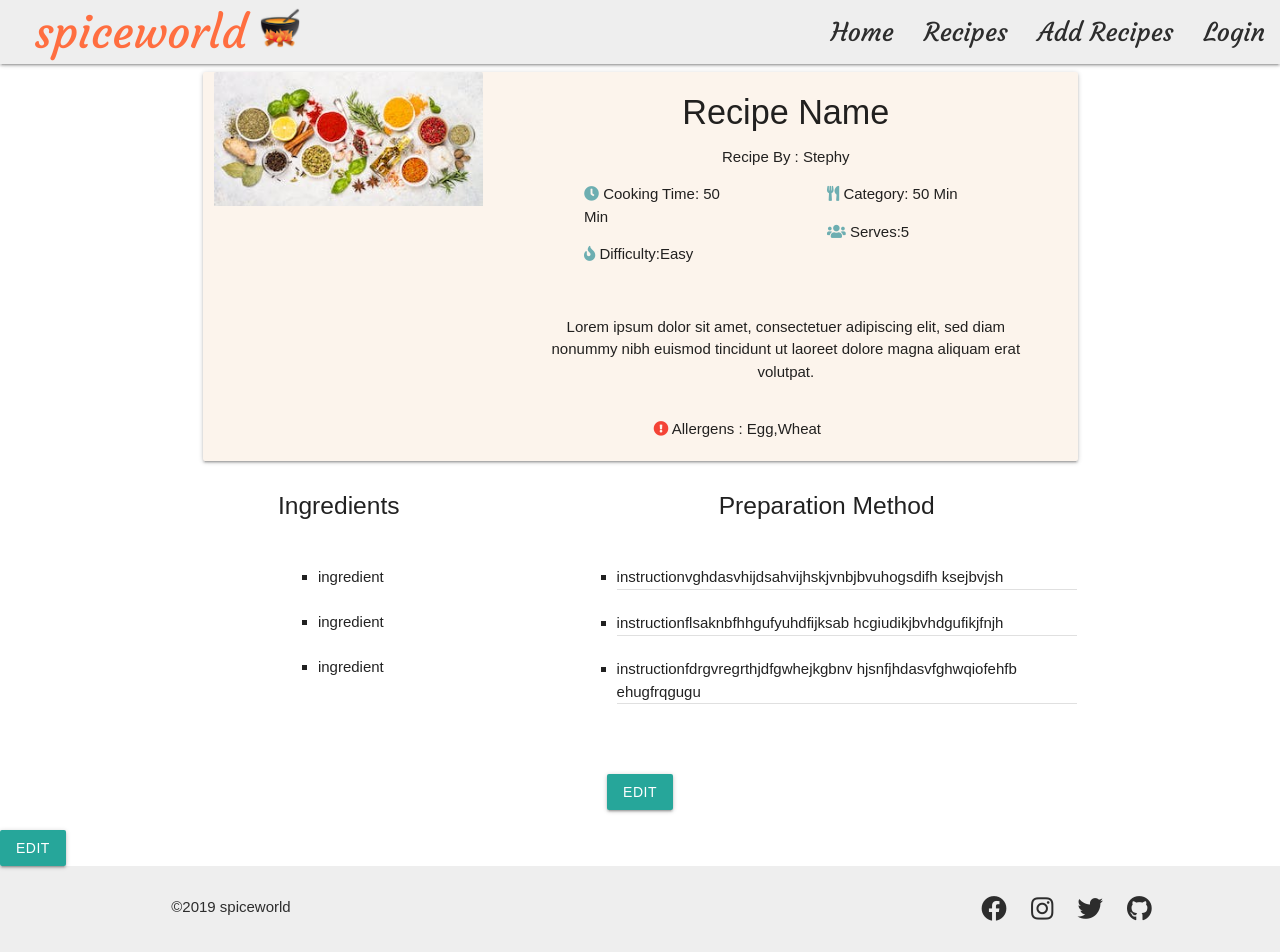
Repository: stephyraju/spiceworld
Page: templates/view.html
The author's editor kept a record of every edit. The page is drawn from the files as they stood at one moment, then again after the next edit.
The browser window is 1280 px wide. The pictures show the whole page.
Some web libraries are served in a nearby version. The page is served by the project's application, run on Flask 3 (app.py). The template is opened directly, without the code that normally fills it, so the values that code supplies are empty.

Above is the page before.

### templates/view.html
{% extends 'base.html' %} {% block content %}

<section class="section-container">
    <div class="container recipe-view">
        <div class="row card recipe-card">
            <div class="col s12 l4 center-align card-image">
                <img height="400" width="375" src="{{ url_for('static', filename='images/sidenav.png') }}" alt="recipe image" class="responsive-img materialboxed">
            </div>
            <div class="col s12 l8 center-align">
                <div class="recipe-header">
                    <h4>Recipe Name </h4>
                </div>
                <div class="author">
                    Recipe By : Stephy
                </div>
                <div class="row ">
                    <div class="col s5 offset-s1 left-align">
                        <div>
                            <p> <i class="fas fa-clock" style="color:rgb(109, 174, 177);"></i> Cooking Time: 50 Min
                            </p>
                        </div>

                        <div>
                            <p> <i class="fas fa-fire" style="color:rgb(109, 174, 177);"></i> Difficulty:Easy
                            </p>
                        </div>
                    </div>
                    <div class="col s5 left-align">
                        <div>
                            <p> <i class="fas fa-utensils" style="color:rgb(109, 174, 177);"></i> Category: 50 Min
                            </p>
                        </div>
                        <div>
                            <p> <i class="fas fa-users" style="color:rgb(109, 174, 177);"></i> Serves:5
                            </p>
                        </div>
                    </div>
                </div>
                <div class="row">
                    <div class="col s12 recipe-description">
                        <p>Lorem ipsum dolor sit amet, consectetuer adipiscing elit, sed diam nonummy nibh euismod tincidunt ut laoreet dolore magna aliquam erat volutpat.
                    </div>
                </div>
                <div class="row">
                    <div class="col s10 ">
                        <i class="fas fa-exclamation-circle red-text"></i> Allergens : Egg,Wheat
                    </div>
                </div>
</section>
<section id="Ingredients-Preparation">
    <div class="container">
        <div class="row ">
            <!-- ingredient -->
            <div class="col s12 m4 offset-s1 offset-m1 ingredients">
                <div class="row">
                    <div class="col s12 ingredients">
                        <h5>Ingredients</h5>
                        <br>
                        <ol>
                            <li>
                                ingredient
                            </li>
                            <br>
                            <li>
                                ingredient
                            </li>
                            </br>
                            <li>
                                ingredient
                            </li>
                        </ol>
                    </div>
                </div>
            </div>
            <!-- Preparation -->
            <div class="col s12  m7 preparation">
                <div class="row">
                    <div class="col s12">
                        <h5 class="center">Preparation Method</h5>
                        <br>
                        <ol>
                            <li>
                                instructionvghdasvhijdsahvijhskjvnbjbvuhogsdifh ksejbvjsh
                            </li>
                            <div class="divider"></div>
                            <br>
                            <li class="collection-item">
                                instructionflsaknbfhhgufyuhdfijksab hcgiudikjbvhdgufikjfnjh
                            </li>
                            <div class="divider"></div>
                            <br>
                            <li class="collection-item">
                                instructionfdrgvregrthjdfgwhejkgbnv hjsnfjhdasvfghwqiofehfb ehugfrqgugu
                            </li>
                            <div class="divider"></div>
                        </ol>

                    </div>
                </div>
            </div>
        </div>
    </div>
    </div>
    </div>
</section>
<section>
    <div class="container recipe-view">
        <div class="row card recipe-card">
        </div>
    </div>
</section>
<section>
    <div class="row center">

            <a class="waves-effect waves-light btn">Edit</a>
        </div>
        <div class="col s6">
            <a class="waves-effect waves-light btn">Edit</a>
        </div>

    </div>
</section>
{% endblock %}

### templates/base.html
<!DOCTYPE html>
<html lang="en">

<head>
  <meta charset="UTF-8">
  <meta name="viewport" content="width=device-width, initial-scale=1.0">
  <meta http-equiv="X-UA-Compatible" content="ie=edge">
  <title>spiceworld</title>

  <!--Import Google Icon Font-->
  <link href="https://fonts.googleapis.com/icon?family=Material+Icons" rel="stylesheet">
  <!--Font Awesome-->
  <link rel="stylesheet" href="https://use.fontawesome.com/releases/v5.8.2/css/all.css" integrity="sha384-oS3vJWv+0UjzBfQzYUhtDYW+Pj2yciDJxpsK1OYPAYjqT085Qq/1cq5FLXAZQ7Ay" crossorigin="anonymous">
  <!--Materialize CSS-->
  <link rel="stylesheet" href="https://cdnjs.cloudflare.com/ajax/libs/materialize/1.0.0/css/materialize.min.css">
  <!--CSS-->
  <link rel="stylesheet" href="{{ url_for('static', filename='css/style.css')}}" type="text/css" />

</head>

<body>

  <!--Header-->
  <header class="navbar-fixed">
    <nav>
      <div class="nav-wrapper grey lighten-3">
        <a href="#" class="brand-logo">spiceworld <img class="hide-on-med-and-down" src="{{ url_for('static', filename='images/logo.png') }}"></a>
        <a href="#" data-target="mobile-sidenav" class="sidenav-trigger"><i class="fas fa-bars"></i></a>
        <ul id="nav-mobile" class="right hide-on-med-and-down">
          <li><a href="{{ url_for('index') }}">Home</a></li>
          <li><a href="{{ url_for('get_recipes') }}">Recipes</a></li>
          <li><a href="{{ url_for('add_recipe') }}">Add Recipes</a></li>
          <li><a href="collapsible.html">Login</a></li>

        </ul>
      </div>
    </nav>
  </header>
  <!--Sidenav-->
  <ul class="sidenav" id="mobile-sidenav">
    <img class="responsive-img" src="{{ url_for('static', filename='images/sidenav.png') }}" alt="spices-image">

    <li><a class="active" href="#">Home</a></li>
    <li><a href="#!">Recipes</a></li>

    <li><a href="#">Login</a></li>
    <li><a class="waves-effect" href="#!">Third Link With Waves</a></li>
  </ul>

  <main>
    {% block content %}
    {% endblock %}
  </main>

  <footer class="page-footer grey lighten-3">

     <div class="row footer-content">
        <div class="col s5 m6">
          <div class="copyright">&copy;2019 spiceworld</div>
        </div>
        <div class="col s7 m3">
                    <a href="https://www.facebook.com/" target="_blank"><i class="fab fa-facebook social-icon"></i></a>
                    <a href="https://www.instagram.com/" target="_blank"><i class="fab fa-instagram social-icon"></i></a>
                    <a href="https://www.twitter.com/" target="_blank"><i class="fab fa-twitter social-icon"></i></a>
                    <a href="https://github.com/stephyraju" target="_blank"><i class="fab fa-github social-icon"></i></a>
        </div>

      </div>

  </footer>

  <script src="https://code.jquery.com/jquery-3.4.0.slim.js" integrity="sha256-milezx5lakrZu0OP9b2QWFy1ft/UEUK6NH1Jqz8hUhQ=" crossorigin="anonymous"></script>
  <script src="https://cdnjs.cloudflare.com/ajax/libs/materialize/1.0.0/js/materialize.min.js"></script>
  <script src="{{ url_for('static', filename='js/main.js') }}"></script>
</body>

</html>

### app.py
import os
from flask import Flask, render_template, redirect, request, url_for
from flask_pymongo import PyMongo
from bson.objectid import ObjectId

# declaring app name
app = Flask(__name__)

app.config["MONGO_DBNAME"] = 'cook_book'
app.config["MONGO_URI"] = os.getenv('MONGO_URI', 'mongodb://localhost')

mongo = PyMongo(app)

@app.route('/')
@app.route('/index')
def index():
     return render_template("index.html", recipes=mongo.db.recipes.find())

#@app.route('/get_recipes',methods=['GET'])
#def get_recipes():
 #    return render_template("recipes.html", recipes=mongo.db.recipes.find())

@app.route('/get_recipes', methods=['POST', 'GET'])
def get_recipes():
    recipes = mongo.db.categories.find().sort('name', PyMongo.ASCENDING)
    return render_template('recipes.html',
                           recipes=mongo.db.recipes.find(),
                           categories = mongo.db.categories.find())


@app.route('/add_recipe')
def add_recipe():
     return render_template("addrecipe.html",
               recipes=mongo.db.recipes.find(),
               categories = mongo.db.categories.find(),
               cuisines=mongo.db.cuisines.find(),
               difficulty=mongo.db.difficulty.find(),
               allergens=mongo.db.allergens.find())


@app.route('/insert_recipe', methods=['POST'])
def insert_recipe():
    print(request.form)
    print(request.form.getlist('ingredients[]'))
    print(request.form.to_dict())
    recipes = mongo.db.recipes
    data = request.form.to_dict()
    data.update({'ingredients':request.form.getlist('ingredients[]')})
    del data['ingredients[]']
    recipes.insert_one(data)
    return redirect(url_for('get_recipes'))

@app.route('/view_recipes', methods=['GET'])
def view_recipes():
     return render_template("view.html",
               categories=mongo.db.categories.find())


if __name__ == '__main__':
    app.run(host=os.environ.get('IP'),
            port=int(os.environ.get('PORT')),
            debug=True)

### static/css/style.css
@import url('https://fonts.googleapis.com/css?family=Courgette&display=swap');

body {
  background-color: F0F0F0;
  font-family: 'ProximaNova Regular', sans-serif;
  display: flex;
  flex-direction: column;
  min-height: 100vh;
  overflow-x: hidden;
}
.section-container {
  max-width: 100%;
  margin-left: auto;
  margin-right: auto;
  padding-left: 15px;
  padding-right: 15px;
  border-radius: 5px;
}
/* -------- Nav Bar ----------*/

nav {
     font-family: 'Courgette';
}

nav .brand-logo {
    color: #ff6e40;
    font-size: 3rem;
    font-family: 'Courgette', cursive;
    -webkit-transition: 0.2s;
    -o-transition: 0.2s;
    transition: 0.2s;
}

@media screen and (min-width: 993px){
nav .brand-logo {
    margin-left: 2.3rem;
}
}
nav ul a {
  color:#2d2d2d;
  font-size: 1.7rem;
  font-family: 'Courgette';
}
nav ul a:hover,
nav ul .active {
  color:#76c14f;
}
.fa-bars{
  color: #ff6e40;
}

/*--------Title----------*/

.title-container{
  position: relative;
  text-align: center;
  color: white;
  width:100%;
  margin-top: 20px;
}
.title-container img{
    display: block;
    width: 100%;
    height: 25vh;
    object-fit: cover;
    border-radius: 5px;
}

.intro-content{
  position: absolute;
  top: 50%;
  left: 70%;
  transform: translate(-50%, -50%);
}
/*--------Category---------*/

.catergory-container{
  font-size: 1.2rem;
  color:#2d2d2d;
  margin-top: 20px;
  background-color:#eeeeee;
  height:70px;
  margin-left: 15px;
  margin-right: 15px;
}
.catergory-container .row {
  padding-top: 20px;
}
.catergory-container a {
  color:#2d2d2d;
}
.catergory-container a :hover {
  color:#ff6e40 !important;
}

/*--------Description---------*/
.cells h4 {
  font-family: 'Muli','sans-serif';
}
.cells h5{
  color: #76c14f;
  font-size: 1.5rem;
  font-family: 'Courgette',sans-serif;
}
 p {
  padding-left: 30px;
  padding-right: 30px;
}
.content{
  margin-top: 20px;
  margin-bottom: 20px;
}

.recipe-card .card .card-image img {
  display: block;
  position: relative;
  width: 100%;
  height: 200px; }
.card-content {
   min-height: 275px;
  margin: 1.5em;
}

/*--------View Recipe---------*/
li {
  list-style: square;
  }
 .recipe-view .card {
   background-color: #fcf4ec;
 }
/*--------Footer---------*/

.page-footer i{
  color:#2d2d2d;
}
.page-footer i:hover{
   color:#ff6e40;
}
.page-footer {
    min-height: 45px;
}
.footer-content{
  display:flex;
  color:#2d2d2d;
}
.copyright{
  padding-top: 10px;
}
.social-icon {
  margin: 10px;
  color: white;
  font-size: 1.7rem;
}

### static/js/main.js
$(document).ready(function(){
    $('.sidenav').sidenav();
    $('.dropdown-trigger').dropdown();
    $('select').formSelect();
    $('.carousel').carousel();

  });

 var ingredientField = $(".ingredient").length;
    $("#add_ingredient").on("click", function () {
        $("select").formSelect("destroy");
        $(".new-ingredient:first").clone().insertBefore("#add_ingredient").find("input[type='text'], select, textarea").val("");
        $("select").formSelect();
        ingredientField += 1;
    });

    $("#remove_ingredient").on("click", function () {
        if (ingredientField > 1) {
            /* only remove the :last item */
            $(this).siblings(".new-ingredient:last").remove();
            /* ensure original ingredient line never gets deleted */
            ingredientField-= 1;
        }
    });


var preparationField = $(".preparation").length;
    /* add new cloned item */
    $("#add_step").on("click", function () {
        $(".new-step:first").clone().insertBefore("#add_step").find("input[type='text'], select, textarea").val("");
        /* increase counter so original direction is never removed */
       preparationField += 1;
    });
    /* delete last cloned item */
    $("#remove_step").on("click", function () {
        if ( preparationField > 1) {
            /* only remove the :last item */
            $(this).siblings(".new-step:last").remove();
            /* ensure original direction line never gets deleted */
            preparationField-= 1;
        }
    });

After the next edit:
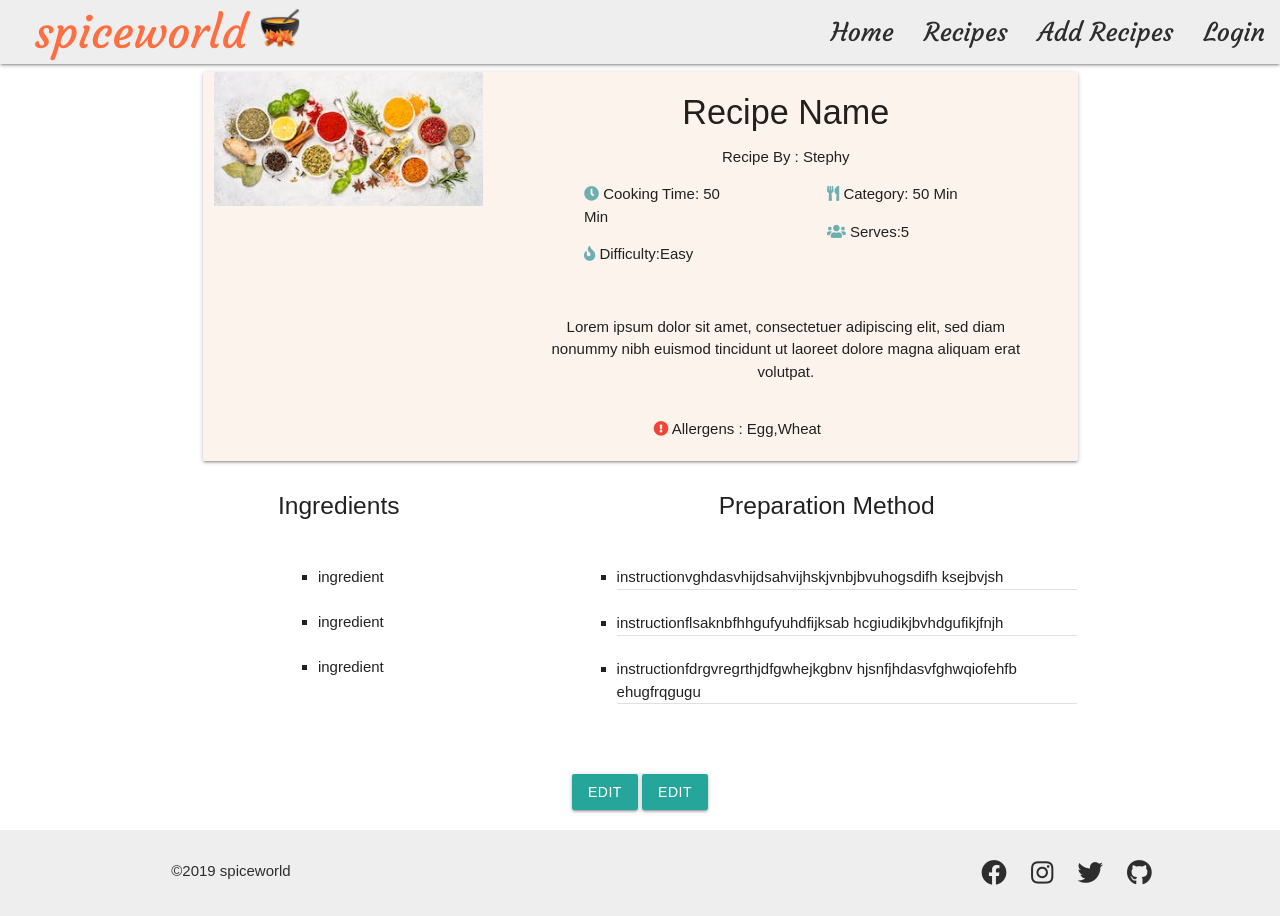
The edit:
--- a/templates/view.html
+++ b/templates/view.html
@@ -113,8 +113,8 @@
     <div class="row center">
 
             <a class="waves-effect waves-light btn">Edit</a>
-        </div>
-        <div class="col s6">
+
+
             <a class="waves-effect waves-light btn">Edit</a>
         </div>
 
